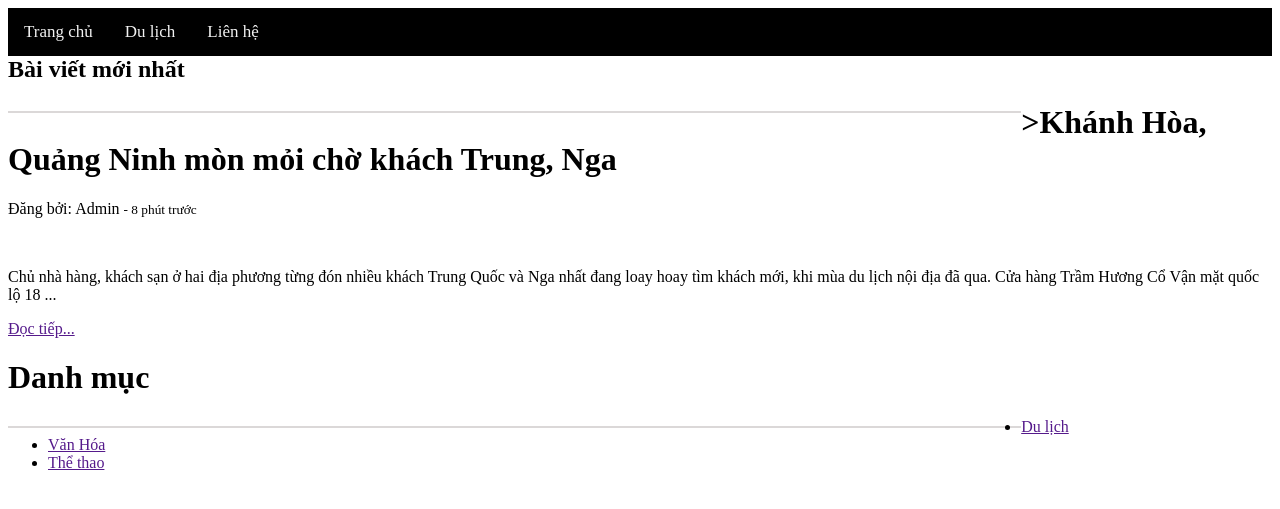
Repository: Lehuyhuynh/BTH2-CSS
Page: BTH3/BTH4/index.html
These files come from the project's save history. The page is drawn as it stood at one moment and after a run of saves; the edit follows.
The browser window is 1280 px wide. The pictures show the whole page.

Above is the page before, as saved 2023-08-11 16:55:27.

After the next 2 saves:
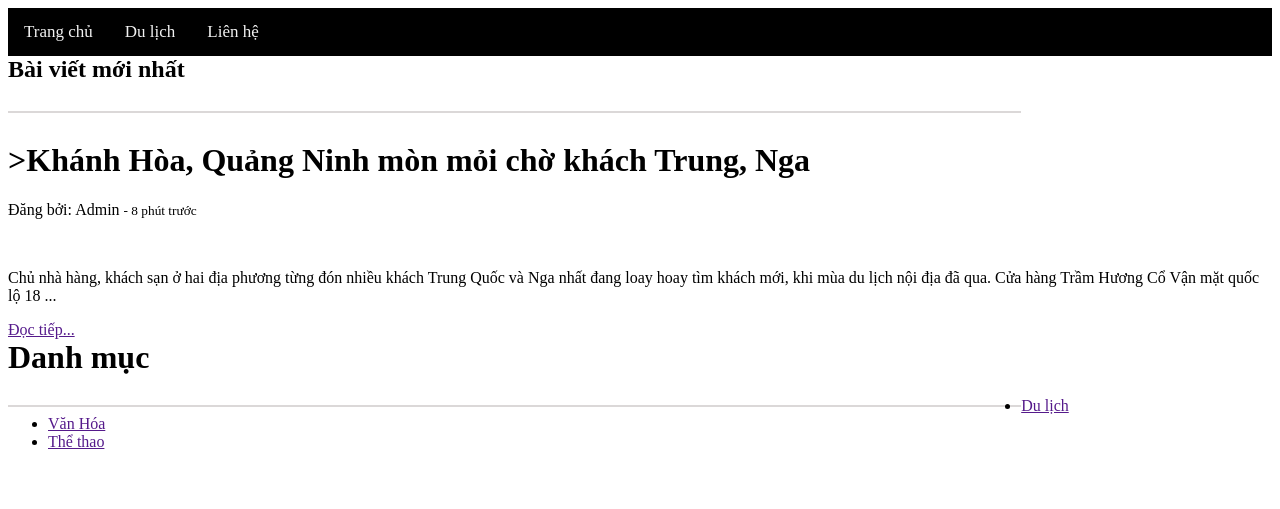
The 2 saves are shown as one change because they came seconds apart.
The last was saved 11 s later.
--- a/BTH3/BTH4/style.css
+++ b/BTH3/BTH4/style.css
@@ -51,12 +51,12 @@
   float: left;
 }
 
-.first-post {
+.first {
   width: 100%;
   float: left;
 }
 
-.first-post img {
+.first img {
   text-align: center;
   width: 80%;
 }
